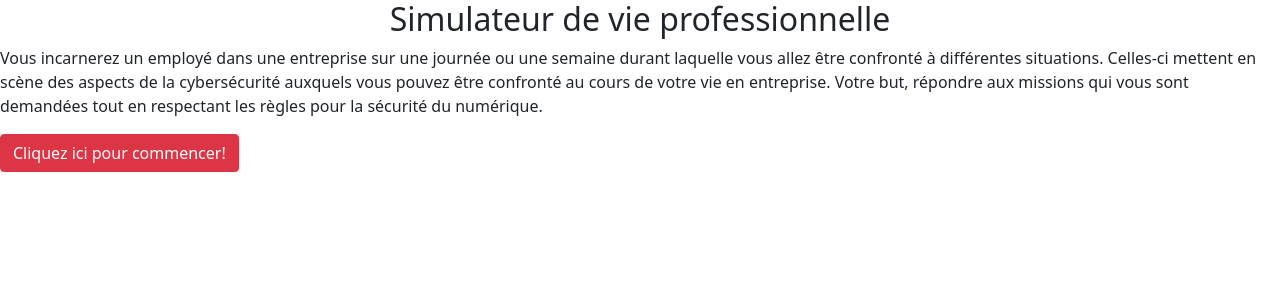
Repository: Geleetz/Workshop-I1-EPSI
Page: http://localhost/
An editor plug-in stored every save of this project. The page is shown before and after the next save, followed by the edit.
The browser window is 1280 px wide. The pictures show the whole page.
The page is run by PHP 8.4 with error messages shown; the project is at /var/www/html/.

Above is the page before, as saved 2021-09-28 10:43:18.

### index.php
<!doctype html>
<html lang="fr">

<head>
  <!-- Required meta tags -->
  <meta charset="utf-8">
  <meta name="viewport" content="width=device-width, initial-scale=1, shrink-to-fit=no">
  <!-- Ajout des librairies CSS -->
  <link href="https://cdn.jsdelivr.net/npm/bootstrap@5.1.1/dist/css/bootstrap.min.css" rel="stylesheet" integrity="sha384-F3w7mX95PdgyTmZZMECAngseQB83DfGTowi0iMjiWaeVhAn4FJkqJByhZMI3AhiU" crossorigin="anonymous">
  <title>Workshop - Accueil</title>

</head>

<body>
  <h2 class="text-center">Simulateur de vie professionnelle</h2>
  <p class="text-justify">Vous incarnerez un employé dans une entreprise sur une journée ou une semaine durant laquelle vous allez être confronté à
    différentes situations. Celles-ci mettent en scène des aspects de la cybersécurité auxquels vous pouvez être confronté au
    cours de votre vie en entreprise. Votre but, répondre aux missions qui vous sont demandées tout en respectant les règles pour
    la sécurité du numérique.</p>
  <form>
    <!--type="submit" formaction="https://fr.w3docs.com/"-->
      <button type="button" class="btn btn-danger">Cliquez ici pour commencer!</button>
  </form>
</body>
<!-- Ajout des librairies JS -->
<script src="https://cdn.jsdelivr.net/npm/bootstrap@5.1.1/dist/js/bootstrap.bundle.min.js" integrity="sha384-/bQdsTh/da6pkI1MST/rWKFNjaCP5gBSY4sEBT38Q/9RBh9AH40zEOg7Hlq2THRZ" crossorigin="anonymous"></script>

</html>

After the next save:
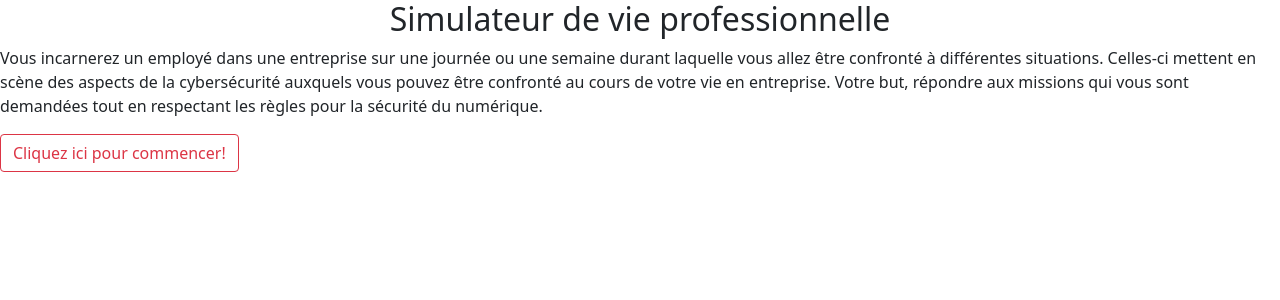
Saved 23 s later.
--- a/index.php
+++ b/index.php
@@ -19,7 +19,7 @@
     la sécurité du numérique.</p>
   <form>
     <!--type="submit" formaction="https://fr.w3docs.com/"-->
-      <button type="button" class="btn btn-danger">Cliquez ici pour commencer!</button>
+      <button type="button" class="btn btn-outline-danger">Cliquez ici pour commencer!</button>
   </form>
 </body>
 <!-- Ajout des librairies JS -->
